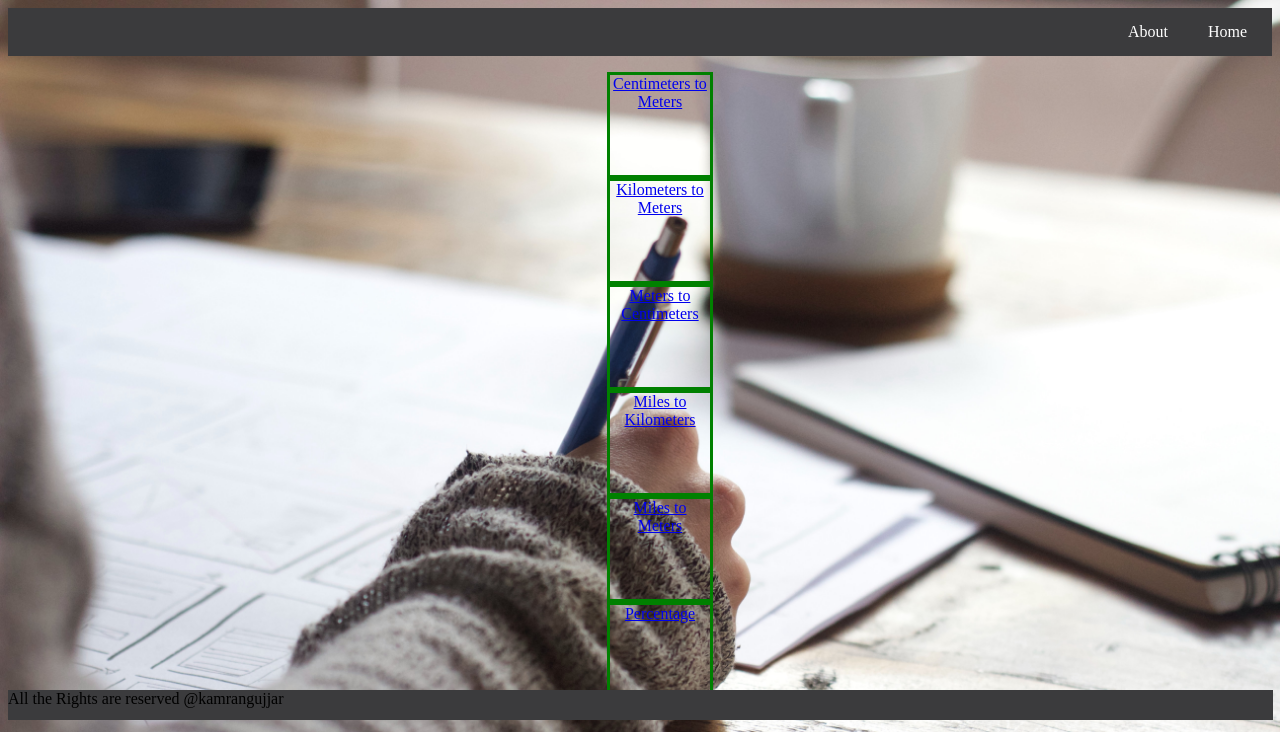
Repository: Kamrangujjar85112/Length-Converter
Page: html/home.html
An editor plug-in stored every save of this project. The page is shown before and after the next save, followed by the edit.
The browser window is 1280 px wide. The pictures show the whole page.
Backgrounds fixed to the window are drawn as part of the page.

Above is the page before, as saved 2022-01-21 04:34:24.

### html/home.html
<!-- home -->
<!DOCTYPE html>
<html lang="en">
<head>
    <meta charset="UTF-8">
    <meta http-equiv="X-UA-Compatible" content="IE=edge">
    <meta name="viewport" content="width=device-width, initial-scale=1.0">
    <title>Home</title>
    <link rel="stylesheet" href="../css/style.css">

</head>
<body>

   <div class="container ">
        <div class="header">
            <nav>
                <ul class="nav-ul">
                    <li class="nav-li"><a href="#home">Home</a></li>
                    <li class="nav-li"><a href="#about">About</a></li>
                </ul>
            </nav>
        </div>
        <div class="box">
            <ul>
                <li class="link">
                    <a href="cm_km.html">Centimeters to Meters</a>
                </li>
                <li class="link">
                    <a href="km_m.html">Kilometers to Meters</a>
                </li>
                <li class="link">
                    <a href="m_cm.html">Meters to Centimeters</a>
                </li>
                <li class="link">
                    <a href="mi_km.html">Miles to Kilometers</a>
                </li>
                <li class="link">
                    <a href="mi_m.html">Miles to Meters</a>
                </li>
                <li class="link">
                    <a href="percentage.html">Percentage</a>
                </li>
            </ul>
        </div>
        <footer class="footer">
            <span>All the Rights are reserved @kamrangujjar</span>
          </footer>
    </div>
</body>
</html>

### css/style.css
  body{
    background-image: url('background.jpg');
    background-repeat: no-repeat;
    background-attachment: fixed;
    background-size: cover;
}
.header{
    top: 0;
    width: 100%;
    margin: 0;
    position: relative;

}
.nav-ul{
    list-style-type: none;
    margin: 0;
    overflow: hidden;
    background: rgb(59, 59, 61);
  }

.nav-li {
    padding-right: 10px;
    float: right;
    align-items: inherit;
}

.nav-li a {
    display: block;
    color: rgb(255, 255, 255);
    text-align:center;
    padding: 15px 15px;
    text-decoration: none;
}
.link {
    list-style: none;
    text-align: center;
    border: 3px solid green;
    width: 100px;
    height: 100px;
}
.link a{
    height: 500px;
    align-items: center;

}
.nav-li a:hover {
    background-color: #0ac577;
}
.footer{
    bottom: 0;
    width: 98.8%;
    position: fixed;
    height: 30px;
    align-items: center;
    background: rgb(59, 59, 61);


}
.box{
    display: flex;
  align-items: center;
  justify-content: center;
}
.box div {
    width: 400px;
    height: 100px;
  }

After the next save:
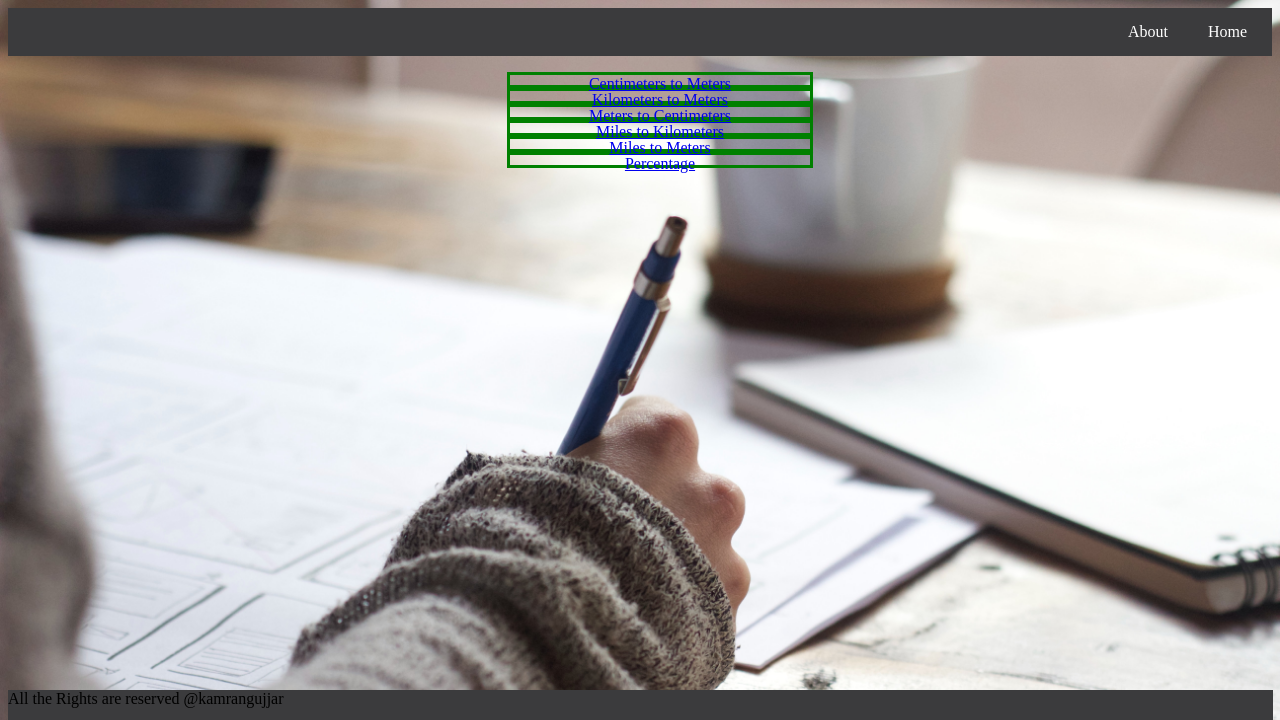
Saved 19 s later.
--- a/css/style.css
+++ b/css/style.css
@@ -35,8 +35,8 @@
     list-style: none;
     text-align: center;
     border: 3px solid green;
-    width: 100px;
-    height: 100px;
+    width: 300px;
+    height: 10px;
 }
 .link a{
     height: 500px;
